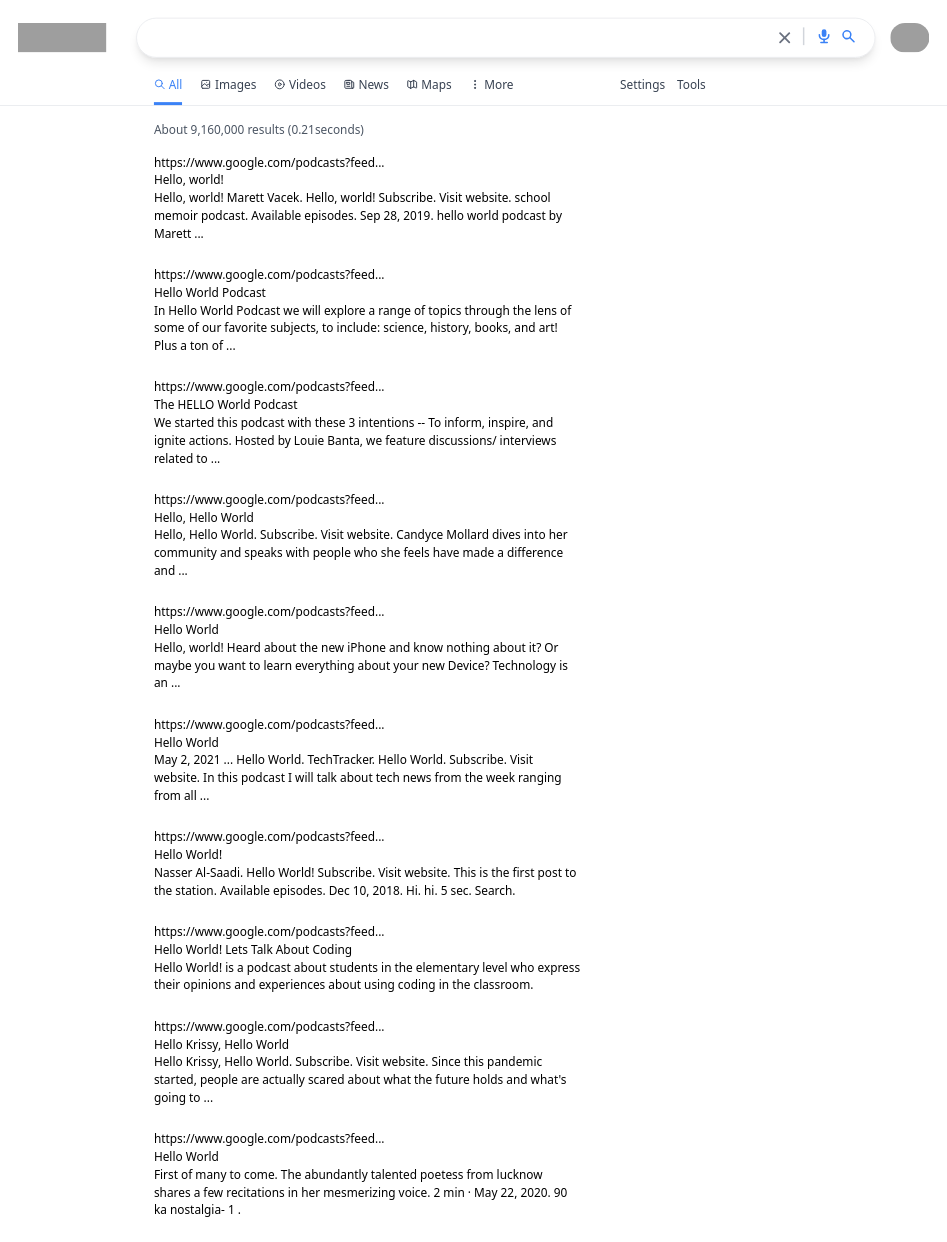
Repository: DecentraMindsCoin/google-search-clone
Page: /search
The author's editor kept a copy of each file at every save. The page is drawn from the files as they stood at one save, then again after a run of saves.
The browser window is 1280 px wide. The pictures show the whole page, at 74% of full size.
Pictures or frames that could not be fetched are drawn as grey boxes. The project was rebuilt for these pictures with package versions that can differ from the ones it lists, and the page was loaded fresh each time. The framework's server and built-in components were replaced by stand-ins that run in the browser. Also part of the build but not shown: next.config.js, Response.js.

Above is the page before, as saved 2021-05-17 17:55:58.

After the next 3 saves:
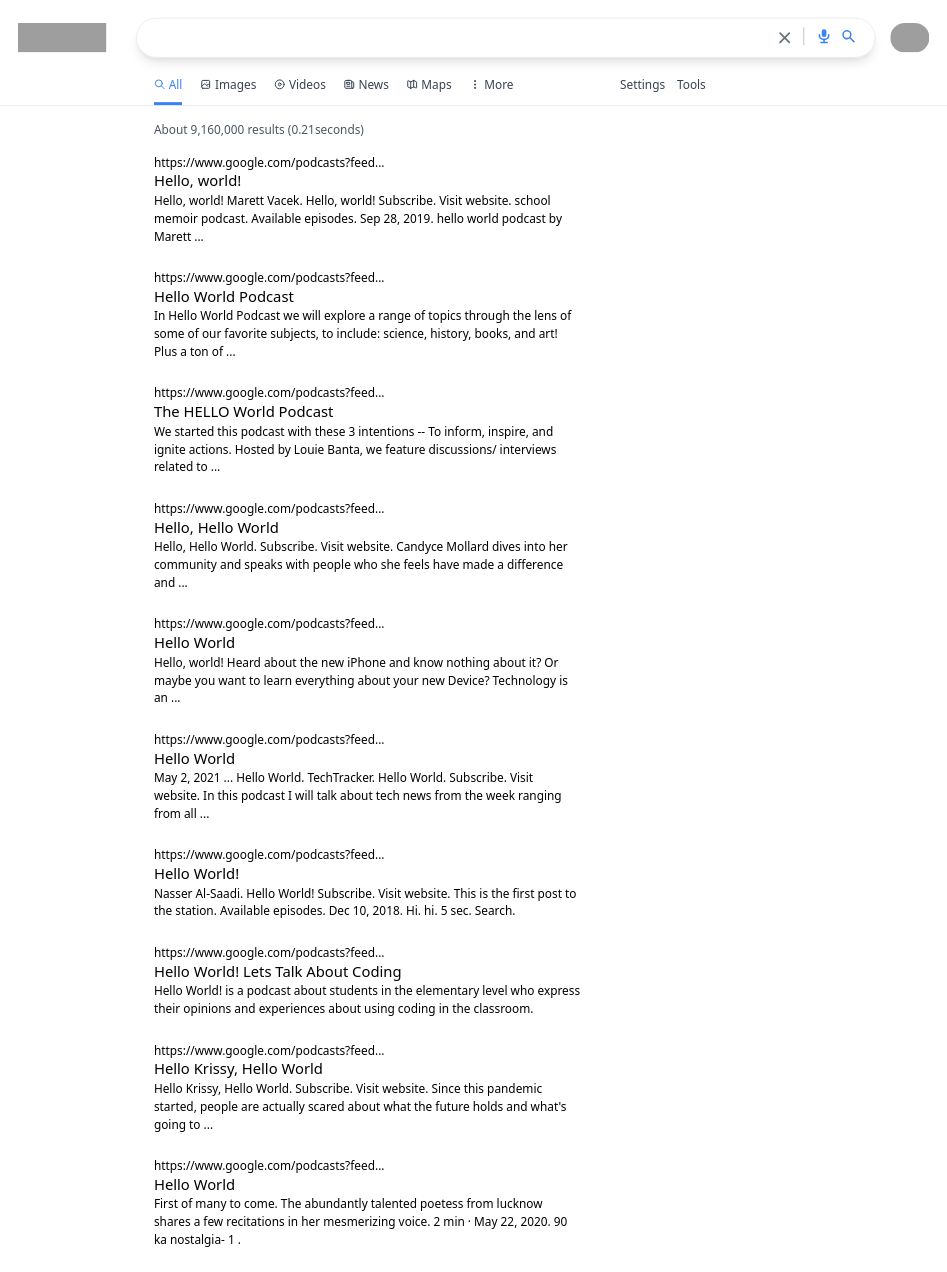
The 3 saves are shown as one change because they came seconds apart.
The last was saved 10 s later.
--- a/components/SearchResults.js
+++ b/components/SearchResults.js
@@ -8,7 +8,7 @@
                <div>
                    <a href={result.link} className="text-sml">{result.formattedUrl}</a>
                    <a href={result.link}>
-                       <h2 className="truncate text-">
+                       <h2 className="truncate text-xl ">
                            {result.title}
                        </h2>
                    </a>
